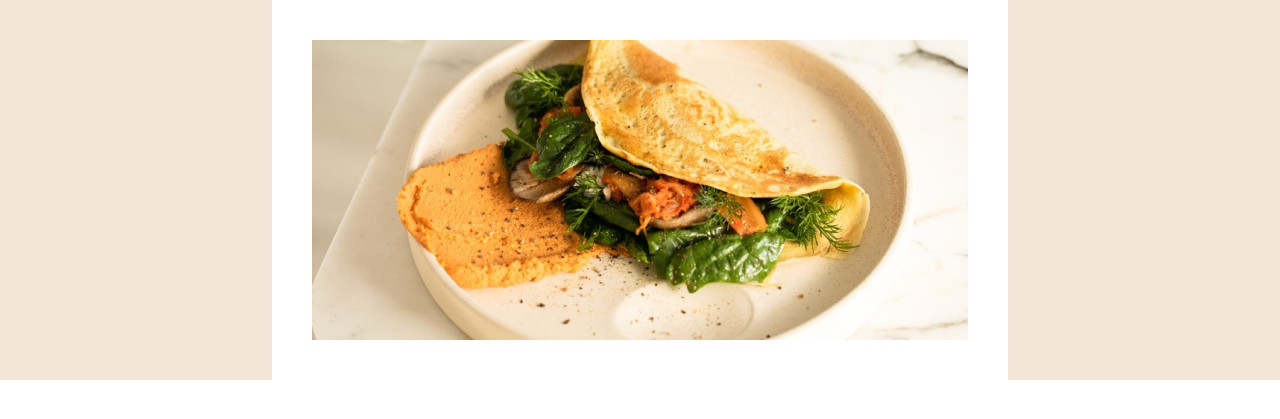
Repository: brandontaylor1/recipe-page
Page: index.html
These files come from the project's save history. The page is drawn as it stood at one moment and after a run of saves; the edit follows.
The browser window is 1280 px wide. The pictures show the whole page.

Above is the page before, as saved 2024-12-28 21:39:25.

### index.html
<!DOCTYPE html>
<html lang="en">
<head>
    <meta charset="UTF-8">
    <meta name="viewport" content="width=device-width, initial-scale=1.0">
    <link rel="stylesheet" href="styles.css">
    <title>Recipe Page</title>
</head>
<body>
    <main class="container">
        <div class="recipe-card">
            <img src="./assets/images/image-omelette.jpeg" alt="recipe-image">
            <h1></h1>
        </div>


    </main>



    <script src="index.js"></script>
</body>
</html>

### styles.css
*,
*::before,
*::after {
    box-sizing: border-box;
}

body,
h1,
h2,
h3,
h4,
h5,
h6,
p,
figure,
picture {
    margin: 0;
}

body {
    line-height: 1.5;
    min-height: 100vh;
}

img,
picture {
    max-width: 100%;
    display: block;
}

input,
button,
textarea,
select {
    font: inherit;
}

@media (prefers-reduced-motion: reduce) {
    *,
    *::before,
    *::after {
      animation-duration: 0.01ms !important;
      animation-iteration-count: 1 !important;
      transition-duration: 0.01ms !important;
      scroll-behavior: auto !important;
    }
  }

  /* UTILITY CLASSES */
  /* .flex{
    display: flex;
    gap: var(--gap, 1rem);
  }

  .grid {
    display: grid;
    gap: var(--gap, 1rem);
  }

  .container {
    padding: 0 2rem;
    margin: 0 auto;
    max-width: 80rem;
  }

  .sr-only {
    position: absolute;
    width: 1px;
    height: 1px;
    padding: 0;
    margin: -1px;
    overflow: hidden;
    clip: rect(0, 0, 0, 0);
    white-space: nowrap;
    border-width: 0;
  }

  .backgroundColor {
    background-color: var(--color-rose-50);
  } */




:root {
    /* COLORS */
    --color-rose-800: #7A284E;
    --color-rose-50: #FFF7FB;

    --color-stone-900: #312E2C;
    --color-stone-600: #5F564D;
    --color-stone-150: #E3DDD7;
    --color-stone-100: #F3E5D7;

    --color-brown-800: #854632;

    --color-white: #FFFFFF;
    --color-black: #000000;

    /* FONTS */
    @font-face {
        font-family: "YoungSerif-Regular", sans-serif;
        src: url(./fonts/YoungSerif-Regular.ttf) format('ttf');
    }

    @font-face {
        font-family: "Outfit-SemiBold", sans-serif;
        src: url(./fonts/Outfit-SemiBold.ttf) format('ttf');
    }

    @font-face {
        font-family: "Outfit-Bold", sans-serif;
        src: url(./fonts/Outfit-Bold.ttf) format('ttf');
    }

    @font-face {
        font-family: "Outfit-Regular", sans-serif;
        src: url(./fonts/Outfit-Regular.ttf) format('ttf');
    }

    /* FONT SIZES */
    --fs-h1: 9.375rem;
    --fs-h2: 1.75rem;
    --fs-h3: 1.25rem;
    --fs-p: 1rem;

}

.container {
    display: flex;
    flex-direction: column;
    align-items: center;
    justify-content: center;
    padding: 0 2rem;
    margin: 0 auto;
    max-width: 80rem;
    background-color: var(--color-stone-100);

}

.recipe-card {
    width: 736px;
    padding: 40px;
    background-color: var(--color-white);


}

Loaded but not shown: index.js (common file)

After the next 2 saves:
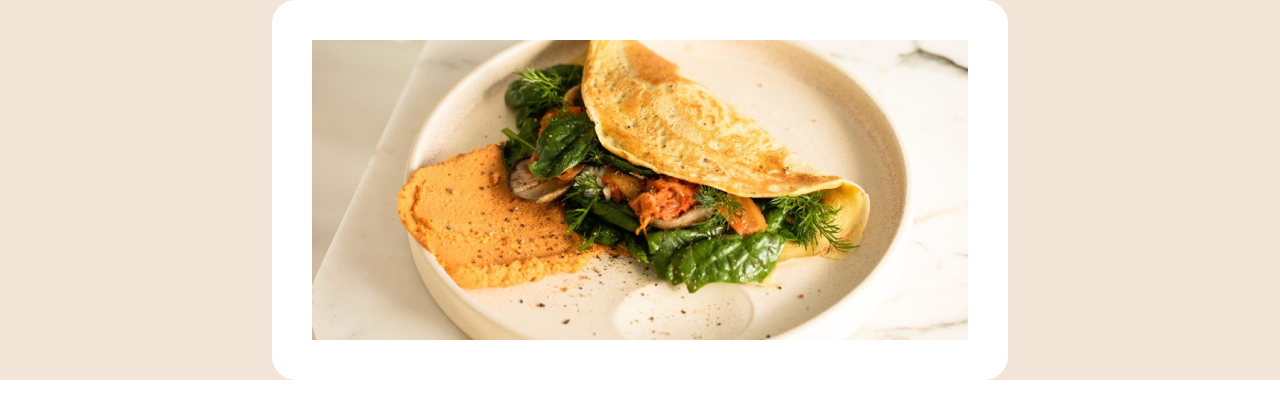
The 2 saves are shown as one change because they came seconds apart.
The last was saved 14 s later.
--- a/styles.css
+++ b/styles.css
@@ -142,6 +142,7 @@ select {
     width: 736px;
     padding: 40px;
     background-color: var(--color-white);
+    border-radius: 24px;
 
 
 }
